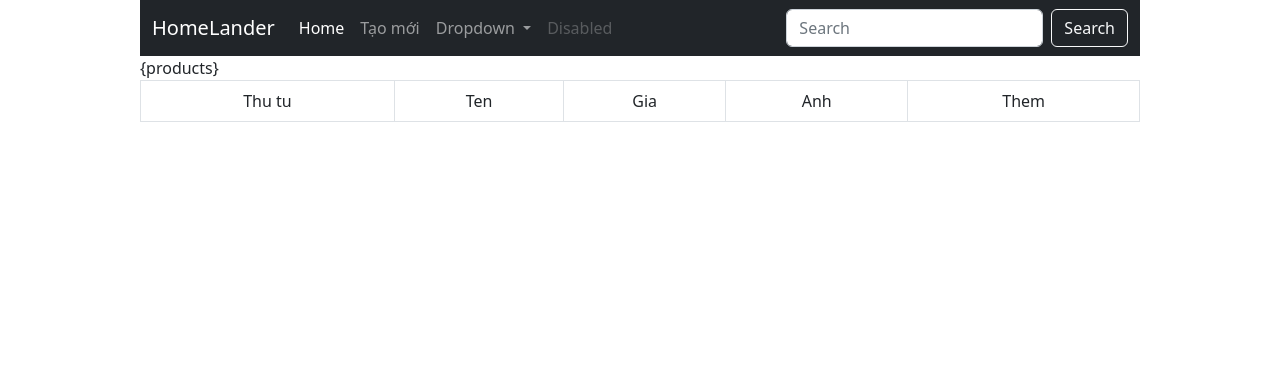
Repository: nguyenhung50497/MD3_CRUD-2Table
Page: src/views/upload.html
The author's editor kept a copy of each file at every save. The page is drawn from the files as they stood at one save, then again after the next save.
The browser window is 1280 px wide. The pictures show the whole page.

Above is the page before, as saved 2022-12-29 08:43:19.

After the next save:
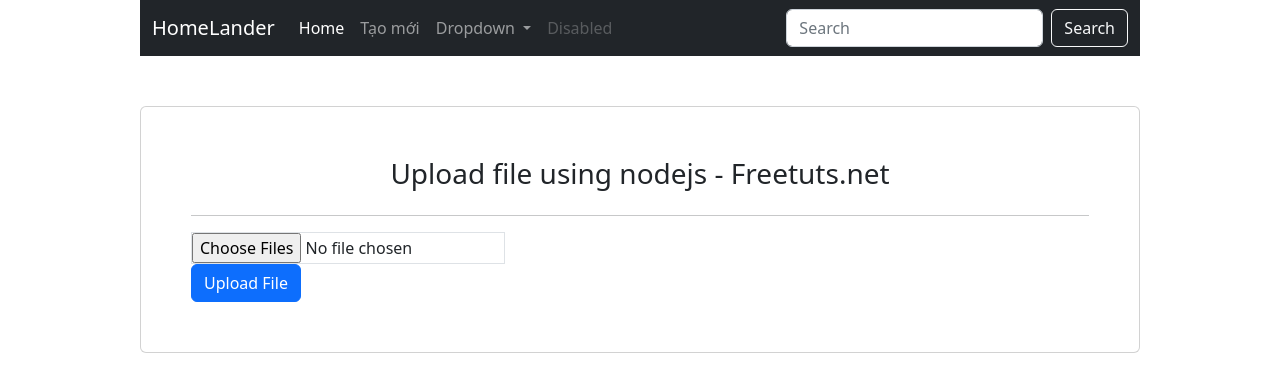
Saved 35 s later.
--- a/src/views/upload.html
+++ b/src/views/upload.html
@@ -44,18 +44,19 @@
           </div>
         </div>
       </nav>
-      <table class="table table-bordered" style="text-align: center;">
-        <tr>
-            <td>Thu tu</td>
-            <td>Ten</td>
-            <td>Gia</td>
-            <td>Anh</td>
-            <td colspan="2">Them</td>
-        </tr>
-        <tbody>
-        {products}
-        </tbody>
-      </table>
+      <div class="row" >
+        <div class="col-md-12">
+            <div class="card"  style="margin-top: 5%; padding: 5%;">
+                <h3 style="text-align: center;">Upload file using nodejs - Freetuts.net</h3><hr>
+                <form action="/upload" method="POST" enctype="multipart/form-data">
+                    <div class="form-group">
+                        <input multiple type="file" name="img" class="form-control-file border">
+                    </div>
+                    <button type="submit" class="btn btn-primary btn-block">Upload File</button>
+                </form>
+            </div>
+        </div>
+    </div>
     </div>
     <script src="https://cdn.jsdelivr.net/npm/bootstrap@5.2.3/dist/js/bootstrap.bundle.min.js" integrity="sha384-kenU1KFdBIe4zVF0s0G1M5b4hcpxyD9F7jL+jjXkk+Q2h455rYXK/7HAuoJl+0I4" crossorigin="anonymous"></script>
   </body>
